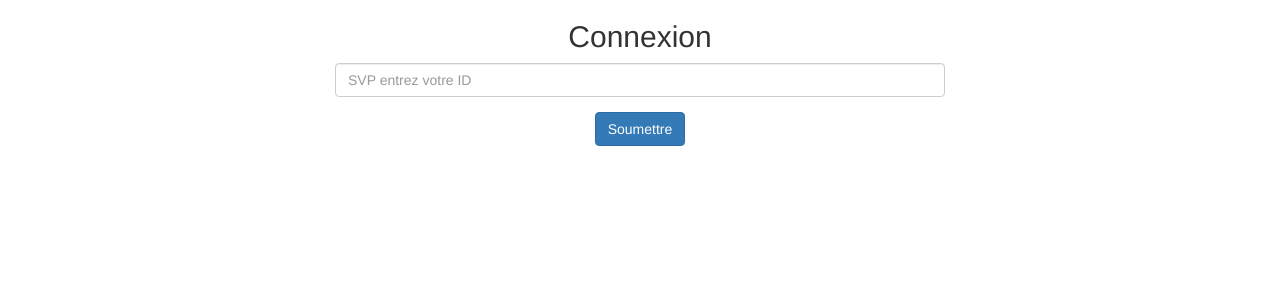
Repository: Caleb-St/CabinetMedical
Page: http://localhost/main.php
An editor plug-in stored every save of this project. The page is shown before and after the next save, followed by the edit.
The browser window is 1280 px wide. The pictures show the whole page.
The page is run by PHP 8.4 with error messages shown; the project is at /var/www/html/.

Above is the page before, as saved 2016-04-11 00:43:24.

### dbphp/main.php
<?php
/* Point of entry for the web app (login page) */
include("Header.php"); //contains HTML head data
session_start();
?>
<!DOCTYPE HTML>
<html>
<head>
<meta charset="utf-8" />
<style>
.error {color: #FF0000;}
</style>
</head>
<body>
<div class="col-md-6 col-md-offset-3" style="text-align:center;">
<form class="form-signin" method="post" action="/CabinetMedical/dbphp/connectDB.php">
	 	<h2>Connexion</h2>
		<div class="form-group">
			<input class ="form-control" style="margin:0 auto;" type="text" style="width:20%;" placeholder="SVP entrez votre ID" name="userID">
		</div>
	    <button type="submit" class="btn btn-primary" name="submit">Soumettre</button>

</form>
</div>
<span class="error"><?php if(isset($_SESSION["loginerror"])) { $_SESSION["loginerror"]; } ?></span>
</body>
</html>

### dbphp/Header.php
<?php setlocale(LC_ALL, "fr_CA.UTF-8","fra"); ?>
<!DOCTYPE html>
<html lang="en">
<head>
<!-- Latest compiled and minified CSS -->
<link rel="stylesheet" href="http://maxcdn.bootstrapcdn.com/bootstrap/3.3.6/css/bootstrap.min.css">

<!-- jQuery library -->
<script src="https://ajax.googleapis.com/ajax/libs/jquery/1.12.0/jquery.min.js"></script>

<!-- Latest compiled JavaScript -->
<script src="http://maxcdn.bootstrapcdn.com/bootstrap/3.3.6/js/bootstrap.min.js"></script>
<meta charset="utf-8" />
</head>

After the next save:
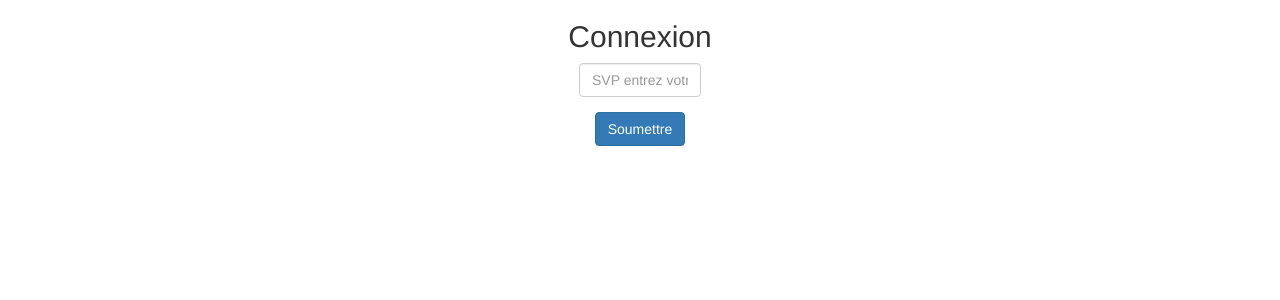
Saved 17 s later.
--- a/dbphp/main.php
+++ b/dbphp/main.php
@@ -16,7 +16,7 @@ session_start();
 <form class="form-signin" method="post" action="/CabinetMedical/dbphp/connectDB.php">
 	 	<h2>Connexion</h2>
 		<div class="form-group">
-			<input class ="form-control" style="margin:0 auto;" type="text" style="width:20%;" placeholder="SVP entrez votre ID" name="userID">
+			<input class ="form-control" type="text" style="width:20%; margin:0 auto;" placeholder="SVP entrez votre ID" name="userID">
 		</div>
 	    <button type="submit" class="btn btn-primary" name="submit">Soumettre</button>
 
